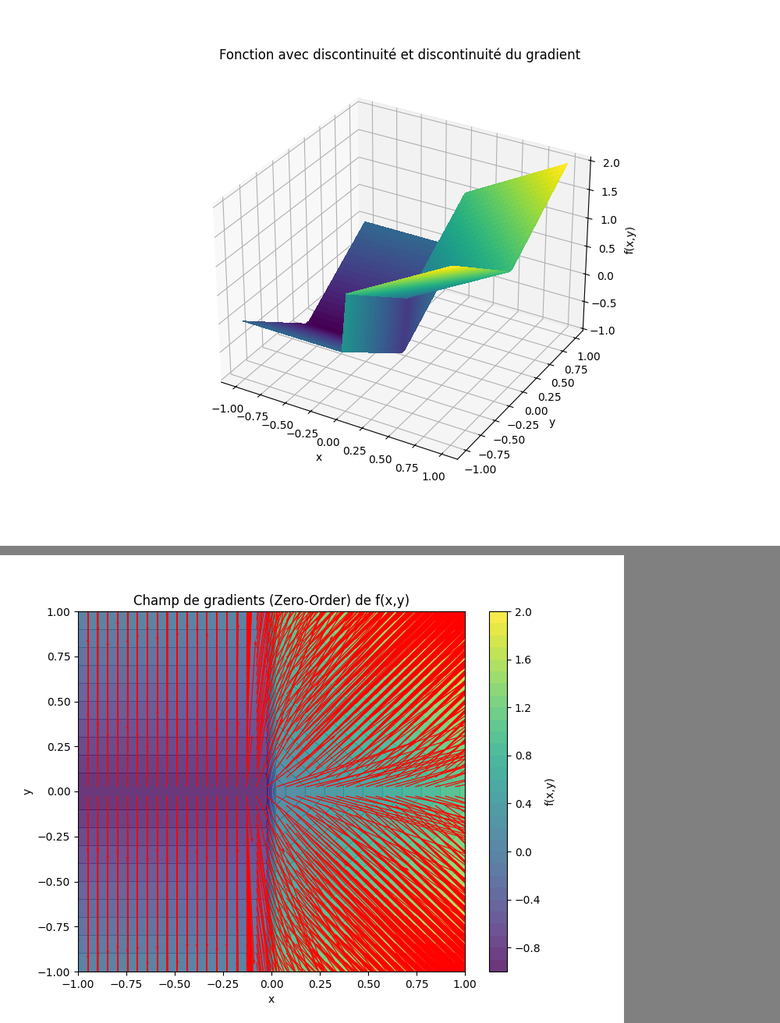
Repository: oomcth/Gradient-smoothing
Script's output: python test2D.py
The author's editor kept a copy of each file at every save. The script's output is drawn from the files as they stood at one save, then again after the next save.
The pictures are shown at 78% of full size.
Each picture stacks the figures in order, with grey between them; figures that are only written to a file come last. Random numbers start from a fixed seed.

Above is the script's output before, as saved 2025-11-23 23:00:03.

After the next save:
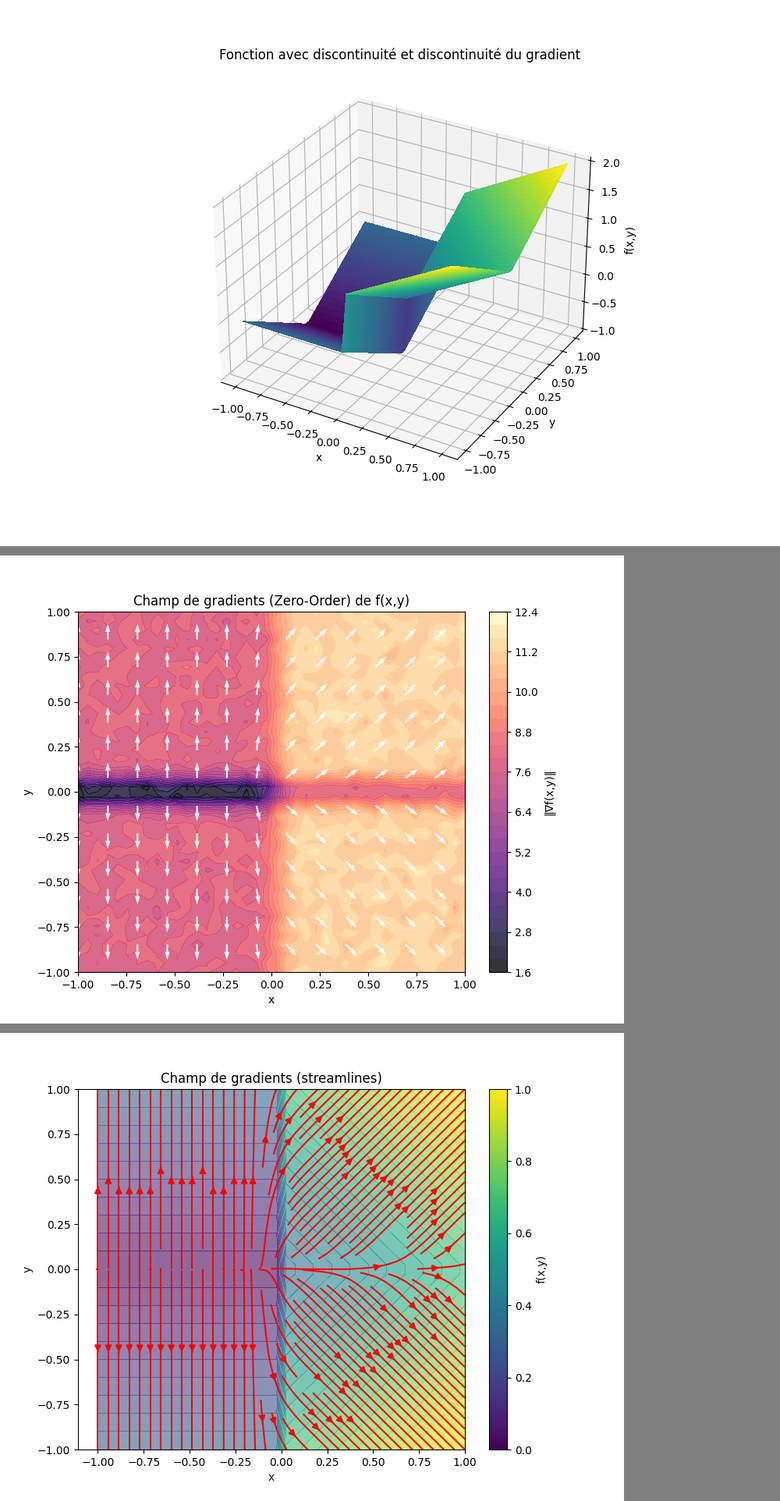
Saved 110 s later.
--- a/test2D.py
+++ b/test2D.py
@@ -60,7 +60,6 @@ V = np.zeros_like(Y)
 
 for i in range(X.shape[0]):
     for j in range(X.shape[1]):
-        # grad = zo_gradient_2d(f2, X[i, j], Y[i, j])
         grad = fo_gradient_2d(f2, X[i, j], Y[i, j])
         U[i, j], V[i, j] = grad[0], grad[1]
 
@@ -68,20 +67,38 @@ Z = f2(X, Y)
 
 fig = plt.figure(figsize=(10, 7))
 ax = fig.add_subplot(111, projection="3d")
-surf = ax.plot_surface(X, Y, Z, cmap="viridis", linewidth=0, antialiased=False)
-
+ax.plot_surface(X, Y, Z, cmap="viridis", linewidth=0, antialiased=False)
 ax.set_title("Fonction avec discontinuité et discontinuité du gradient")
 ax.set_xlabel("x")
 ax.set_ylabel("y")
 ax.set_zlabel("f(x,y)")
 plt.show()
 
-
 fig, ax = plt.subplots(figsize=(8, 6))
-cont = ax.contourf(X, Y, Z, levels=30, cmap="viridis", alpha=0.8)
-ax.quiver(X, Y, U, V, color="red", scale=15)
+cont = ax.contourf(X, Y, np.sqrt(U**2 + V**2), levels=30, cmap="magma", alpha=0.8)
+step = 3
+norm = np.sqrt(U**2 + V**2)
+Udir = U / (norm + 1e-8)
+Vdir = V / (norm + 1e-8)
+ax.quiver(
+    X[::step, ::step],
+    Y[::step, ::step],
+    Udir[::step, ::step],
+    Vdir[::step, ::step],
+    color="white",
+    scale=25,
+)
 ax.set_xlabel("x")
 ax.set_ylabel("y")
 ax.set_title("Champ de gradients (Zero-Order) de f(x,y)")
-plt.colorbar(cont, ax=ax, label="f(x,y)")
+plt.colorbar(cont, ax=ax, label="‖∇f(x,y)‖")
 plt.show()
+
+plt.figure(figsize=(8, 6))
+plt.contourf(X, Y, Z, levels=30, cmap="viridis", alpha=0.6)
+plt.streamplot(X, Y, U, V, color="red", density=1.2, arrowsize=1.2)
+plt.xlabel("x")
+plt.ylabel("y")
+plt.title("Champ de gradients (streamlines)")
+plt.colorbar(label="f(x,y)")
+plt.show()
